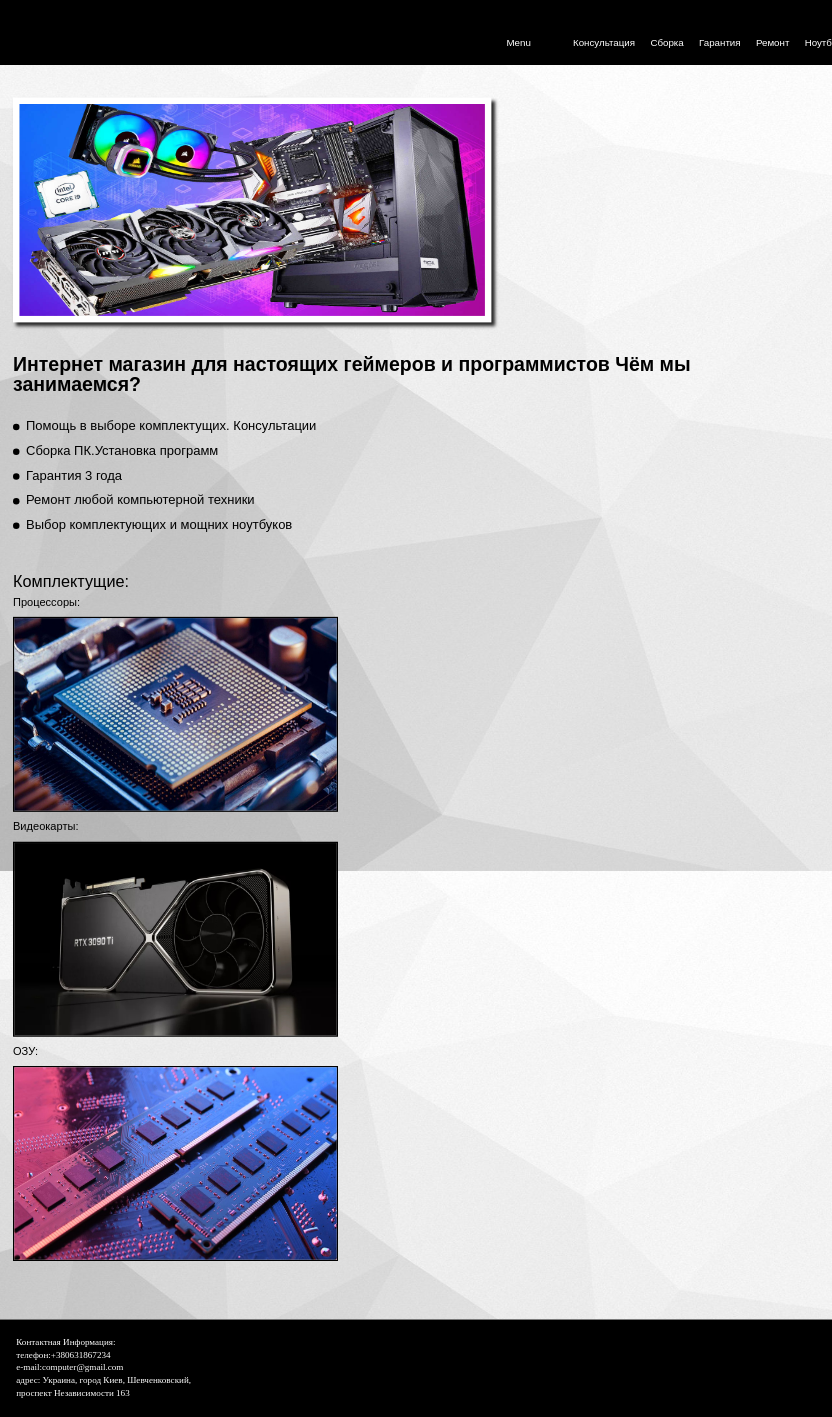
Repository: Bohdan-Sandovenko/First-Project-Flex
Page: index.html
The author's editor kept a copy of each file at every save. The page is drawn from the files as they stood at one save, then again after the next save.
The browser window is 1280 px wide. The pictures show the whole page, at 65% of full size.
The style sheet was rebuilt from its Sass, Less or Tailwind sources for each picture, by a compiler version that may differ from the author's.

Above is the page before, as saved 2024-07-29 13:15:32.

### index.html
<!DOCTYPE html>
<html lang="en">
<head>
    <meta charset="UTF-8">
    <meta name="viewport" content="width=device-width, initial-scale=1.0">
    <link rel="stylesheet" href="css/style.css">
    <title>Document</title>
</head>
<body>
    <header class="top-of-site">
        <nav class="nav-links-of-top">
            <button class="button-menu">Menu</button>
            <a href="">Консультация</a>
            <a href="">Сборка</a>
            <a href="">Гарантия</a>
            <a href="">Ремонт</a>
            <a href="">Ноутбуки</a>
        </nav>
    </header>
    <main class="content">
        <div class="content-top">
            <div class="content-top-image-block">
                <img src="images/first images.jpg" alt="sorry" class="content-top-image">
            </div>
            <span class="content-top-text-inside">Интернет магазин для настоящих геймеров и программистов
            Чём мы занимаемся?</span>
            <ul class="content-top-list">
                <li>Помощь в выборе комплектущих. Консультации</li>
                <li>Сборка ПК.Установка программ</li>
                <li>Гарантия 3 года</li>
                <li>Ремонт любой компьютерной техники</li>
                <li>Выбор комплектующих и мощних ноутбуков</li>
            </ul>
        </div>
        <div class="content-bottom">
            Комплектущие:
            <div class="content-photo-compotent-bottom">
                Процессоры: <br> <img src="images/CPU.jpg" alt="" class="img-component-bottom"> <br>
                Видеокарты: <br> <img src="images/GPU.jpg" alt="" class="img-component-bottom"> <br>
                ОЗУ: <br> <img src="images/RAM.jpg" alt="" class="img-component-bottom"> <br>
            </div>
        </div>
    </main>
    <div class="footer">
        Контактная Информация: <br>
        телефон:+380631867234 <br>
        e-mail:computer@gmail.com <br>
        адрес: Украина, город Киев, Шевченковский, <br> проспект Независимости 163
    </div>
</body>
</html>

### css/style.scss
@import "nullstyles.scss";
$color-black: black;
$color-white: white;
$color-green: rgb(5, 132, 132);
$color-grey: rgb(196, 199, 199);
$color-content: rgb(235, 235, 235);
$font-family-top: Arial, Helvetica, sans-serif;
$font-weight-header: 400;
$back-color-list-before: black;

%styles-link-top {
    margin: 0 40px 0px 0px;
    height: 30px;
    width: 80px;
    border-radius: 5px;
    background-color: $color-black;
    color: $color-white;
    font-family: $font-family-top;
    font-weight: $font-weight-header;
    font-size: 15px;
}

.top-of-site {
    width: 100%;
    height: 100px;
    background-color: black;
    padding: 50px;
    position: fixed;

    .nav-links-of-top {
        position: relative;
        top: 50%;
        right: -60%;

        .button-menu {
            // margin: 0 40px 0px 0px;
            // height: 30px;
            // width: 80px;
            // border-radius: 5px;
            // background-color: $color-black;
            // color: $color-white;
            // font-family: $font-family-top;
            // font-weight: $font-weight-header;
            // font-size: 15px;
            @extend %styles-link-top;

            &:hover {
                opacity: 0.9;
                border: 1px solid $color-green;
            }

            &:active {
                width: 79.5px;
                color: $color-grey;
            }

        }
    }

    a {
        padding: 0 20px 0 0;
        color: $color-white;
        font-family: Arial, Helvetica, sans-serif;
        font-weight: 400;
        font-size: 15px;
    }
}

////////////////////////////////////////////////////////////////////////////////////////////////
.content {
    padding: 100px 20px 10px 20px;
    background: url('../images/background-1.jpg');

    .content-top {
        margin-bottom: 50px;

        .content-top-image-block {
            margin: 50px 0px 50px 0px;

            .content-top-image {
                width: 736px;
                height: 346px;
                border: 10px solid $color-white;
                box-shadow: 5px 5px 5px rgb(41, 41, 41);
            }
        }

        .content-top-text-inside {
            font-family: $font-family-top;
            font-weight: 700;
            font-size: 30px;
        }

        .content-top-list {
            margin-top: 30px;
        }

        .content-top-list li {
            font-family: $font-family-top;
            font-size: 20px;
            line-height: 1.9;

            &::before {
                content: "";
                border-radius: 50%;
                width: 10px;
                height: 10px;
                background-color: $back-color-list-before;
                display: inline-block;
                margin-right: 10px;
            }

            &:nth-child(1):hover {
                font-size: 21px;
                font-weight: bold;
            }

            &:nth-child(2):hover {
                font-size: 21px;
                font-weight: bold;
            }

            &:nth-child(3):hover {
                font-size: 21px;
                font-weight: bold;
            }

            &:nth-child(4):hover {
                font-size: 21px;
                font-weight: bold;
            }

            &:nth-child(5):hover {
                font-size: 21px;
                font-weight: bold;
            }

            &:hover::before {
                background-color: rgb(140, 4, 4);
            }
        }
    }

    ///content bottom
    .content-bottom {
        line-height: 1.5;

        &::first-line {
            font-family: $font-family-top;
            font-weight: 500;
            font-size: 25px;
        }

        .content-photo-compotent-bottom {
            font-family: $font-family-top;
            font-weight: 300;
            font-size: 17px;
            margin-bottom: 70px;

            .img-component-bottom {
                height: 300px;
                width: 500px;
                border: 2px solid black;
                margin: 10px 0px 10px 0px;
            }
        }
    }

}

.footer {
    height: 150px;
    width: 100%;
    background-color: black;
    color: $color-white;
    padding: 25px 0px 50px 25px;
    line-height: 1.4;
}

### css/nullstyles.scss
* {
    padding: 0;
    margin: 0;
    border: 0;
}


*,
*:before,
*:after {
    -webkit-box-sizing: border-box;
    -moz-box-sizing: border-box;
    box-sizing: border-box;
}


:focus,
:active {
    outline: none;
}

a:focus,
a:active {
    outline: none;
}


nav,
footer,
header,
aside {
    display: block;
}


html,
body {
    height: 100%;
    width: 100%;
    font-size: 100%;
    line-height: 1;
    font-size: 14px;
    -ms-text-size-adjust: 100%;
    -moz-text-size-adjust: 100%;
    -webkit-text-size-adjust: 100%;
}


input,
button,
textarea {
    font-family: inherit;
}


input::-ms-clear {
    display: none;
}

button {
    cursor: pointer;
}

button::-moz-focus-inner {
    padding: 0;
    border: 0;
}

a,
a:visited {
    text-decoration: none;
}

a:hover {
    text-decoration: none;
}

ul li {
    list-style: none;
}

img {
    vertical-align: top;
}

h1,
h2,
h3,
h4,
h5,
h6 {
    font-size: inherit;
    font-weight: 400;
}

After the next save:
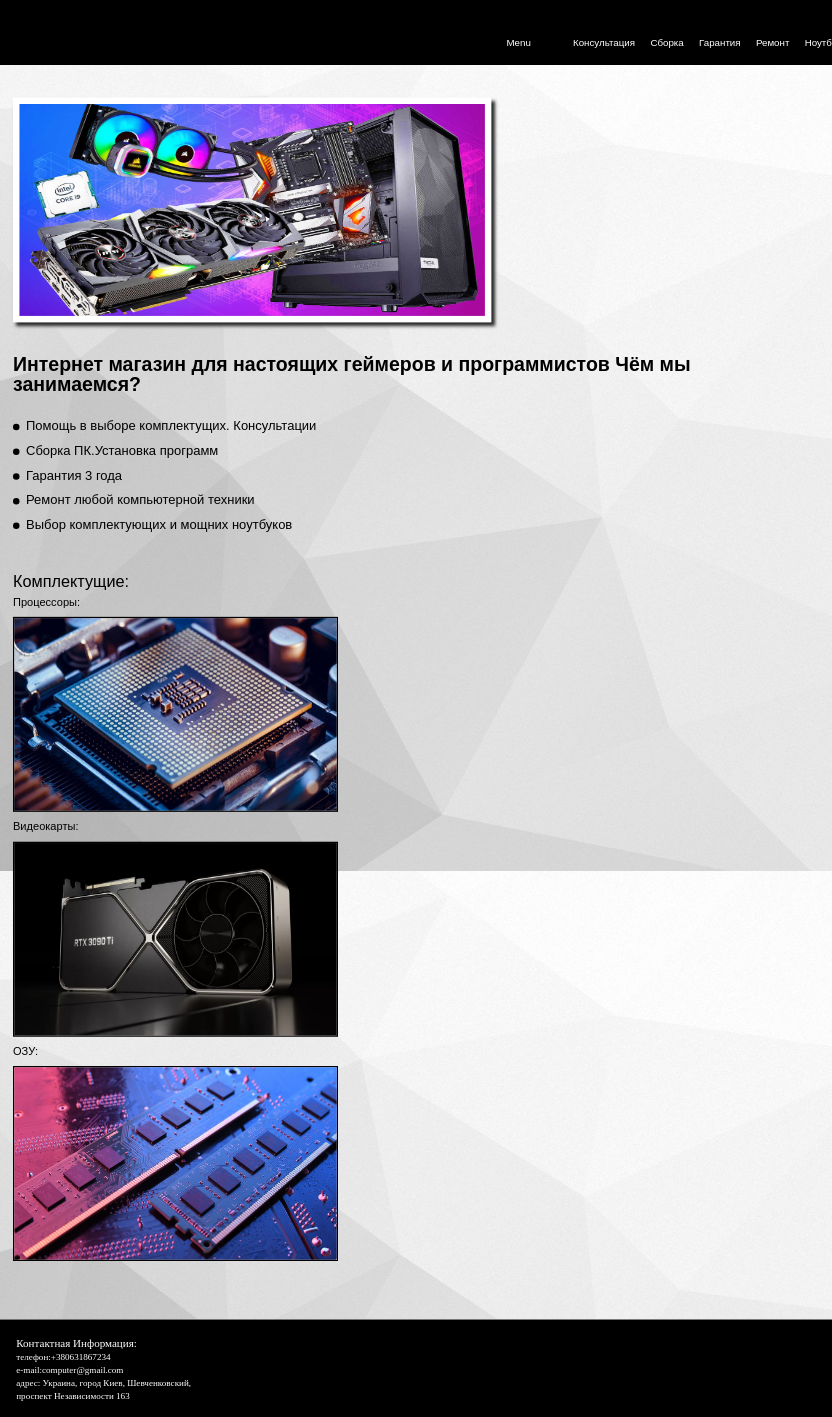
Saved 51 s later.
--- a/css/style.scss
+++ b/css/style.scss
@@ -175,4 +175,8 @@
     color: $color-white;
     padding: 25px 0px 50px 25px;
     line-height: 1.4;
+
+    &::first-line {
+        font-size: 17px;
+    }
 }
